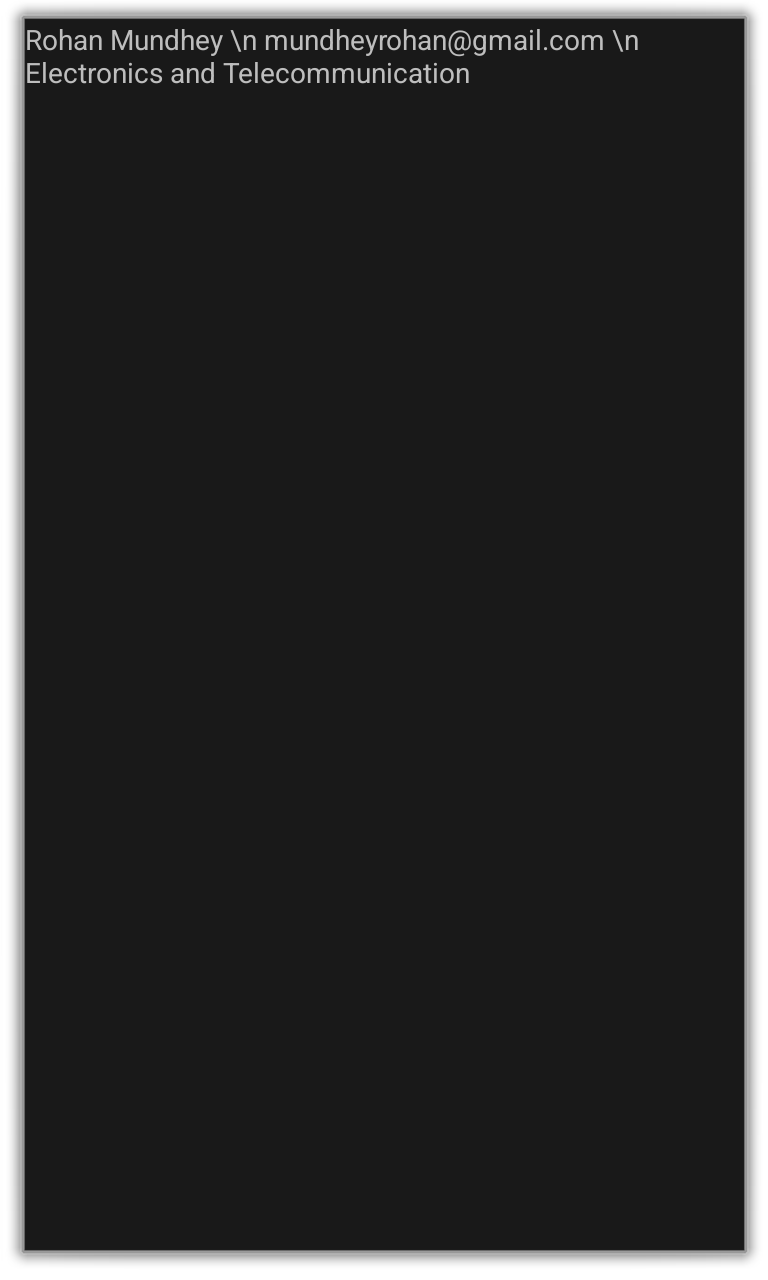
Repository: Attaphon1996/Engineering-Stuff
Layout: OSource/Android Play/Android_Projects/YASH15.0/res/layout/developer.xml
An editor plug-in stored every save of this project. The layout is shown before and after the next save, followed by the edit.
It is drawn on a 768 x 1280 px phone screen (xhdpi) without system bars, with theme android:Theme.Dialog; the app's code is not run.

Above is the layout before, as saved 2015-02-10 11:02:27.

After the next save:
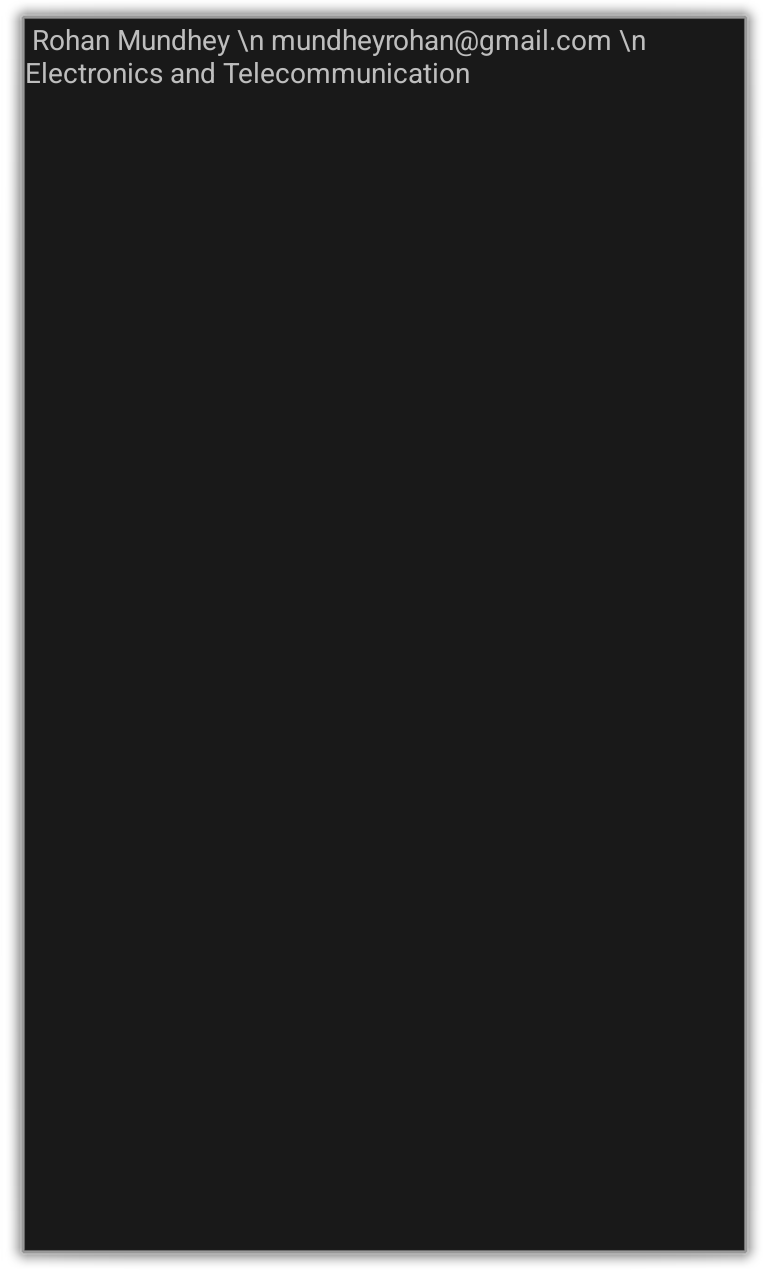
Saved 70 s later.
--- a/OSource/Android Play/Android_Projects/YASH15.0/res/layout/developer.xml
+++ b/OSource/Android Play/Android_Projects/YASH15.0/res/layout/developer.xml
@@ -9,7 +9,7 @@
         android:id="@+id/developer"
         android:layout_width="wrap_content"
         android:layout_height="wrap_content"
-        android:text="Rohan Mundhey \n mundheyrohan@gmail.com \n Electronics and Telecommunication"
+        android:text=" Rohan Mundhey \n mundheyrohan@gmail.com \n Electronics and Telecommunication"
         tools:ignore="HardcodedText" />
 
 </LinearLayout>
